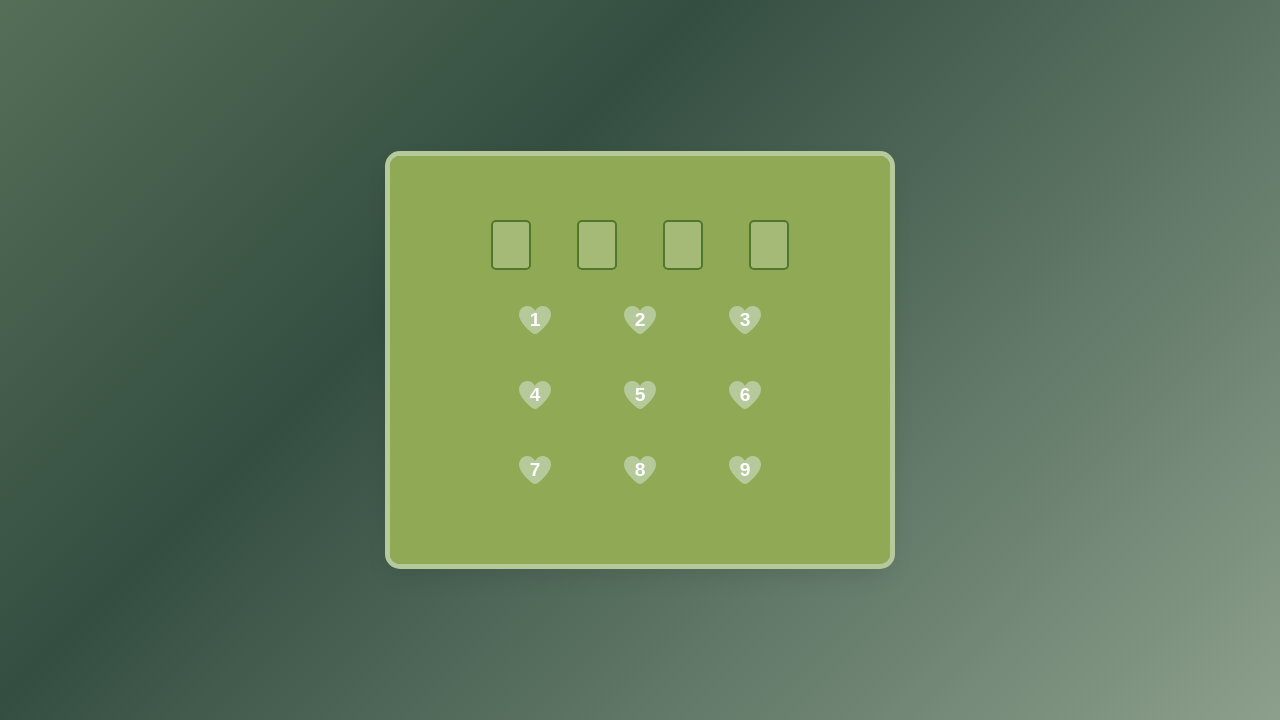
Repository: jahatesu/project-cutie
Page: index.html
These files come from the project's save history. The page is drawn as it stood at one moment and after a run of saves; the edit follows.
The browser window is 1280 px wide. The pictures show the whole page.
Some web libraries are served in a nearby version.

Above is the page before, as saved 2025-08-14 21:24:19.
Console error: TypeError: Cannot read properties of null (reading 'getBoundingClientRect')

### index.html
<!DOCTYPE html>
<html lang="en">
<head>
    <meta charset="UTF-8"
    meta http-equiv="X-UA-Compatible" content="IE=edge">
    <meta name="viewport" content="width=device-width, initial-scale=1.0">
    <title>idk yet</title>
    <link rel="stylesheet" href="https://cdnjs.cloudflare.com/ajax/libs/font-awesome/7.0.0/css/all.min.css">
    <link rel="stylesheet" href="style.css">
</head>

<body>
    <div class="wrapper">
        <!-- <i class="fa-solid fa-heart"></i>
        <h2 class="question">Do you wanna see why I think you’re the cutest?</h2>
        <div class="btn-group">
            <button class="btn-yes">Yes</button>
            <button class="btn-no">No</button>
        </div> -->

        <!-- PIN DISPLAY -->
         <div class="pin-display">
            <div class="pin-box"></div>
            <div class="pin-box"></div>
            <div class="pin-box"></div>
            <div class="pin-box"></div>
         </div>

         <!-- HEART BUTTONS -->
         <div class="heart-pad">
            <button data-num="1"><i class="fa-solid fa-heart"></i><span>1</span></button>
            <button data-num="2"><i class="fa-solid fa-heart"></i><span>2</span></button>
            <button data-num="3"><i class="fa-solid fa-heart"></i><span>3</span></button>
            <button data-num="4"><i class="fa-solid fa-heart"></i><span>4</span></button>
            <button data-num="5"><i class="fa-solid fa-heart"></i><span>5</span></button>
            <button data-num="6"><i class="fa-solid fa-heart"></i><span>6</span></button>
            <button data-num="7"><i class="fa-solid fa-heart"></i><span>7</span></button>
            <button data-num="8"><i class="fa-solid fa-heart"></i><span>8</span></button>
            <button data-num="9"><i class="fa-solid fa-heart"></i><span>9</span></button>
        </div>
    </div>

    <script src="script.js"></script>


</body>
</html>

### style.css
:root{
    --bg1:#e9f5db;
    --bg2:#90a955;
    --accent:#b5c99a;
    --ink:#232323;
    --splash-duration: 2600ms;
  }

*{
    margin: 0;
    padding: 0;
    box-sizing: border-box;
}

html, body {
    display: flex;
    justify-content: center;
    align-items: center;
    min-height: 100vh;
  width: 100%;
  height:100%;
}

body {
    background: linear-gradient(-45deg, #e9f5db, #344e41, #b5c99a, #23d5ab);
    background-size: 400% 400%;
    animation: gradient 15s ease infinite;
}

@keyframes gradient {
    0% {
        background-position: 0% 50%;
    }
    50% {
        background-position: 100% 50%;
    }
    100% {
        background-position: 0% 50%;
    }
}
.wrapper{
    position: relative;
    width: 90%;
    padding: 5%;
    max-width: 500px;
    margin: 50px 50px;
    height: fit-content;
    /* max-height: 50%; */
    background: #90a955;
    border-radius: 10px;
    display: flex;
    justify-content: center;
    align-items: center;
    box-shadow: 0 10px 25px rgba(0,0,0,0.1);
    flex-direction: column;
    text-align: center;
    outline: 5px solid #b5c99a;
}

.pin-display{
  display: flex;
  justify-content: space-between;
  margin-bottom: 20px;
  width: 80%;
}

.pin-box{
  width: clamp(30px, 9vw, 40px);
  height: clamp(30px, 9vw, 50px);
  border: 2px solid #4f772d;
  border-radius: 5px;
  background: rgba(255,255,255,0.2);
}

.heart-pad {
  display: grid;
  grid-template-columns: repeat(3, 1fr);
  gap: 15px;
  width: 100%;
  max-width: 300px;
  justify-items: center;
  margin: 0 auto;
}

.heart-pad button {
  position: relative;
  width: 60px;
  height: 60px;
  background: none;        /* remove default button background */
  border: none;
  cursor: pointer;
  font-size: 1.2rem;
  color: white;
  display: flex;
  justify-content: center;
  align-items: center;
}

.heart-pad i {
  position: absolute;      /* behind the number */
  font-size: 2rem;         /* heart size */
  color: #b5c99a;          /* heart color */
  z-index: 0;
}

.heart-pad button span {
  position: relative;
  z-index: 1;              /* number above the heart */
  font-weight: bold;
}


/* .wrapper i {
  font-size: 50px;
  margin-bottom: 10px;
  color: #e9f5db;
}

i{
    font-size:7.5em;
    color: #e9f5db;
    border: 5px solid transparent;
}

h2{
    font-size: 2em;
    color: #e9f5db;
    margin: 15px 0;
}
@media (max-width: 600px) {
  .h2 {
    font-size: 1.2rem;
  }
}

.btn-group{
    width: 100%;
    height: 40px;
    display: flex;
    justify-content: center;
    margin-top: 15px;
}

button {
    position: absolute;
    width: 150px;
    height: inherit;
    font-size: 1.2em;
    color: #e9f5db;
    font-weight: 600;
    border-radius: 30px;
    border: 2px solid #4f772d;
    cursor: pointer;
    box-shadow: 0 5px 15px rgba(0,0,0,0.3);
}

button:nth-child(1){
    margin-left: -200px;
    background: #4f772d;
    color: #b5c99a;
}

button:nth-child(2){
    margin-right: -200px;
    color: #b5c99a;
}

@media (max-width: 400px) {
  .question {
    font-size: 5vw;
  }
  button {
    font-size: 4vw;
  }
} */

### script.js
const wrapper = document.querySelector(".wrapper");
const question = document.querySelector(".question");
const yesBtn = document.querySelector(".btn-yes");
const noBtn = document.querySelector(".btn-no");

const wrapperRect = wrapper.getBoundingClientRect();
const noBtnRect = noBtn.getBoundingClientRect();


yesBtn.addEventListener('click', () => {
    question.innerHTML = 'I knew it! Love you too <3 ';
})

noBtn.addEventListener('mouseover', () => {
    const i = Math.floor(Math.random() * (wrapperRect.width - noBtnRect.width));
    const j = Math.floor(Math.random() * (wrapperRect.height - noBtnRect.height));
    noBtn.style.left = i + "px";
    noBtn.style.top = j + "px";
})

After the next 3 saves:
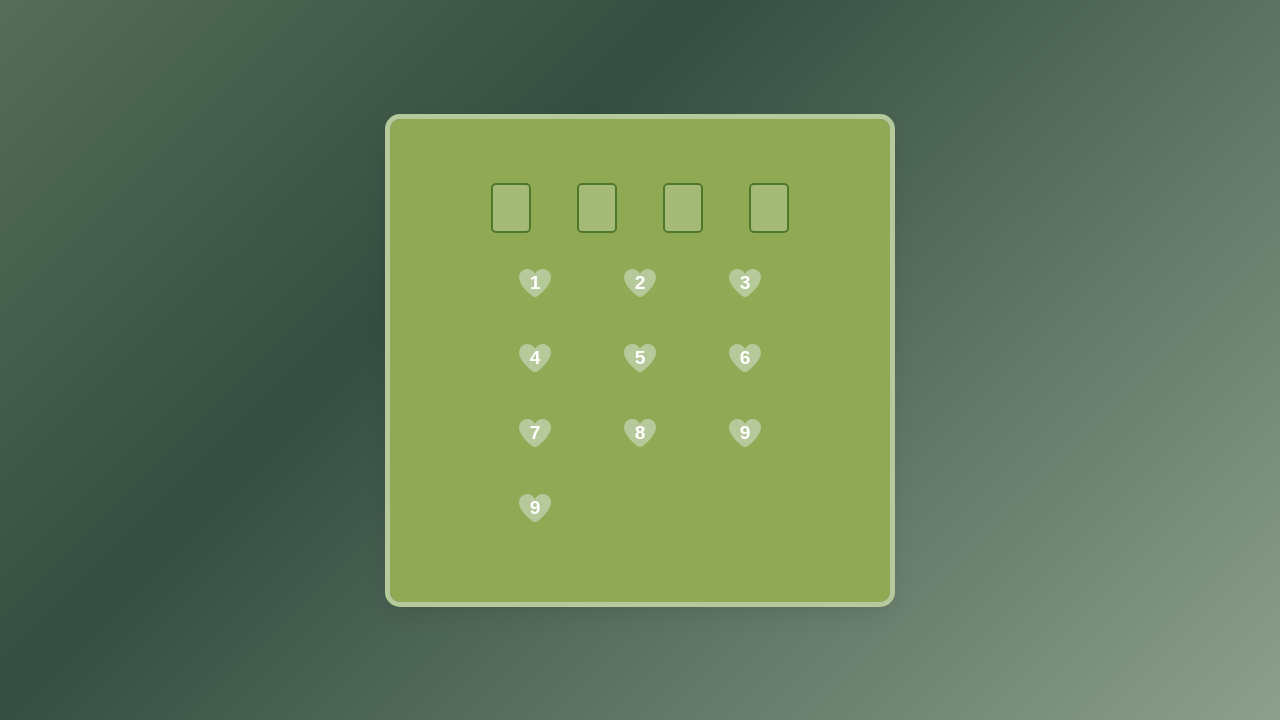
The 3 saves are shown as one change because they came seconds apart.
The last was saved 13 s later.
--- a/index.html
+++ b/index.html
@@ -37,6 +37,7 @@
             <button data-num="7"><i class="fa-solid fa-heart"></i><span>7</span></button>
             <button data-num="8"><i class="fa-solid fa-heart"></i><span>8</span></button>
             <button data-num="9"><i class="fa-solid fa-heart"></i><span>9</span></button>
+            <button data-num="*"><i class="fa-solid fa-heart"></i><span>9</span></button>
         </div>
     </div>
 

After the save that followed:
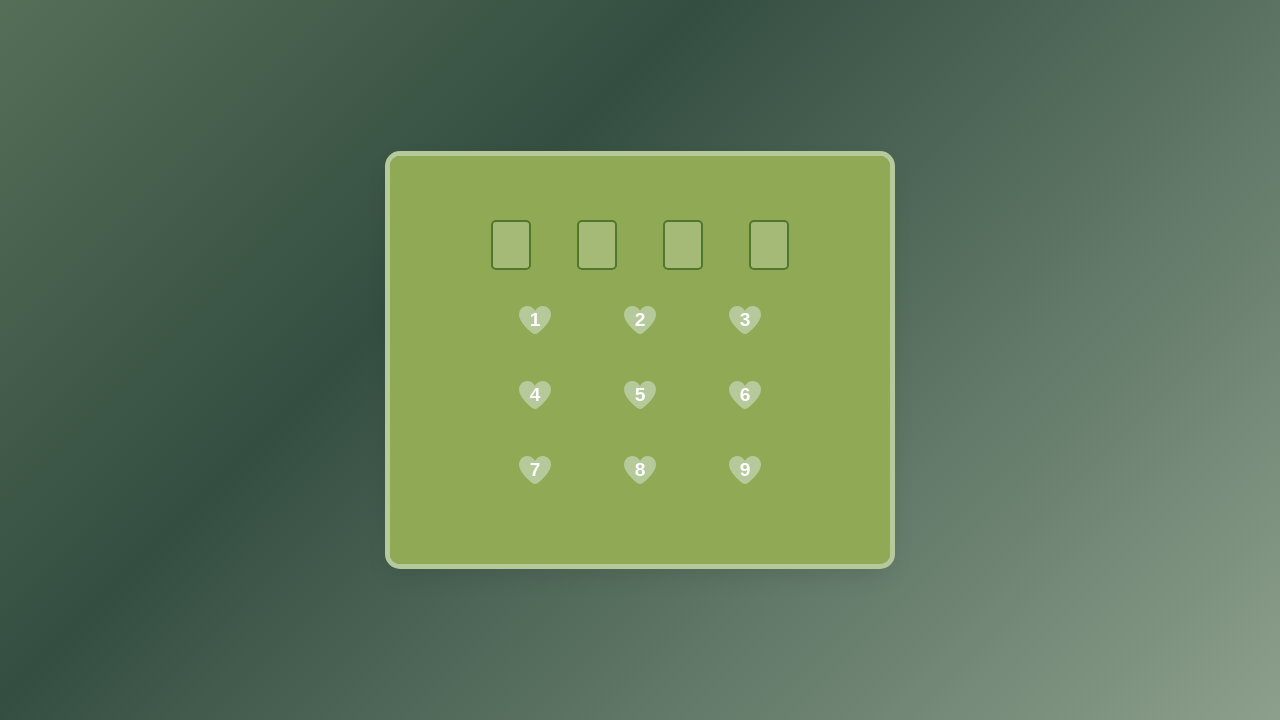
Saved 6 s later.
--- a/index.html
+++ b/index.html
@@ -37,7 +37,7 @@
             <button data-num="7"><i class="fa-solid fa-heart"></i><span>7</span></button>
             <button data-num="8"><i class="fa-solid fa-heart"></i><span>8</span></button>
             <button data-num="9"><i class="fa-solid fa-heart"></i><span>9</span></button>
-            <button data-num="*"><i class="fa-solid fa-heart"></i><span>9</span></button>
+
         </div>
     </div>
 
